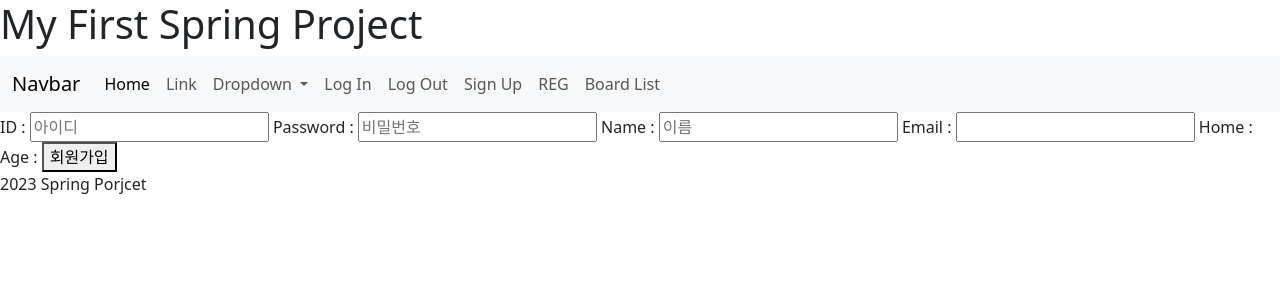
Repository: Leesunghoon1/ezenSpring
Page: http://localhost/spring-Test/WEB-INF/views/member/signup.jsp
An editor plug-in stored every save of this project. The page is shown before and after the next save, followed by the edit.
The browser window is 1280 px wide. The pictures show the whole page.
The page is served by Tomcat 9. Nobody is signed in. The template is opened directly, without the code that normally fills it, so the values that code supplies are empty.

Above is the page before, as saved 2023-10-06 07:06:03.

After the next save:
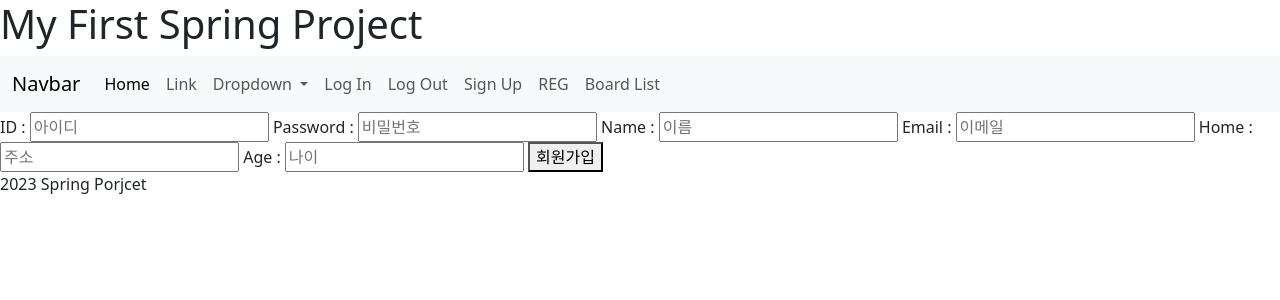
Saved 47 s later.
--- a/spring-Test/src/main/webapp/WEB-INF/views/member/signup.jsp
+++ b/spring-Test/src/main/webapp/WEB-INF/views/member/signup.jsp
@@ -13,9 +13,9 @@
 ID : <input type="text" name="id" placeholder="아이디">
 Password : <input type="password" name="pw" placeholder="비밀번호">
 Name : <input type="text" name="name" placeholder="이름">
-Email : <input type="text" name>
-Home :
-Age :
+Email : <input type="text" name="email" placeholder="이메일">
+Home : <input type="text" name="home" placeholder="주소">
+Age : <input type="text" name="age" placeholder="나이">
 
 <button type="submit">회원가입</button>
 </form>
